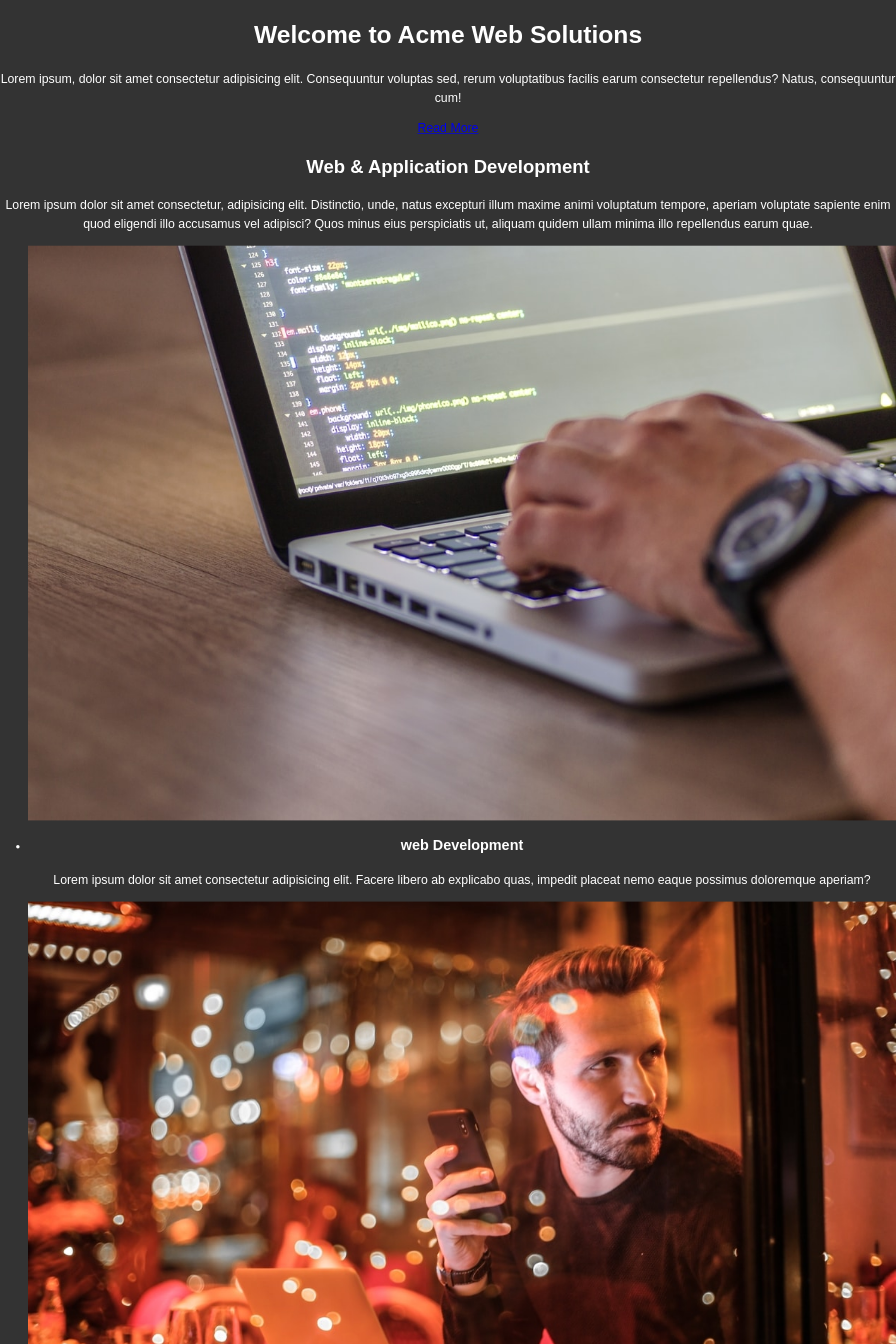
Repository: ErikBaer/MobileFirst
Page: index.html
These files come from the project's save history. The page is drawn as it stood at one moment and after the next save; the edit follows.
The browser window is 1280 px wide. The pictures show the part of the page from y = 0 to 1920 px (the page is 3620 px tall before and 3468 px after), at 70% of full size.

Above is the page before, as saved 2020-02-15 02:40:41.

### index.html
<!DOCTYPE html>
<html lang="en">
<head>
    <meta charset="UTF-8">
    <meta name="viewport" content="width=device-width, initial-scale=1.0">
    <link rel="stylesheet" type="text/css" href="style.css">
    <title>Acme Web Solutions</title>
</head>
<body>
    <!--Header Showcase -->
   <header id="showcase" class="grid">
    <div class="bg-image"></div>
    <h1>Welcome to Acme Web Solutions</h1>
    <p>Lorem ipsum, dolor sit amet consectetur adipisicing elit.
         Consequuntur voluptas sed, rerum voluptatibus facilis
         earum consectetur repellendus? Natus, consequuntur cum!
        </p>
    <a href="#section-b" class="btn">Read More</a>
</header>

<!-- Main Area -->

<main id="main">

    <!-- Section A -->

    <section id="section-a" class="grid">
        <div class="content-wrap">
            <h2 class="content-title">Web & Application Development</h2>
            <p>Lorem ipsum dolor sit amet consectetur, adipisicing elit.
                Distinctio, unde, natus excepturi illum maxime animi
                voluptatum tempore, aperiam voluptate sapiente enim quod
                 eligendi illo accusamus vel adipisci? Quos minus eius
                 perspiciatis ut, aliquam quidem ullam minima illo
                 repellendus earum quae.</p>
        </div>
    </section>

    <!-- Section B -->

    <section id="section-b" class="grid">
        <ul>
            <li>
                <div class="card">
                    <img src="./Assets/Coding-Person.jpg" alt="">
                    <div class="card-content">
                        <h3 class="card-title">web Development</h3>
                        <p>Lorem ipsum dolor sit amet consectetur
                            adipisicing elit. Facere libero ab explicabo
                            quas, impedit placeat nemo eaque possimus
                            doloremque aperiam?</p>
                    </div>
                </div>
            </li>
            <li>
                <div class="card">
                    <img src="./Assets/mobile-man.jpg" alt="">
                    <div class="card-content">
                        <h3 class="card-title">Mobile Applications</h3>
                        <p>Lorem ipsum dolor sit amet consectetur
                            adipisicing elit. Facere libero ab explicabo
                            quas, impedit placeat nemo eaque possimus
                            doloremque aperiam?</p>
                    </div>
                </div>
            </li>
            <li>
                <div class="card">
                    <img src="./Assets/Coding-Person.jpg" alt="">
                    <div class="card-content">
                        <h3 class="card-title">Tech Marketing</h3>
                        <p>Lorem ipsum dolor sit amet consectetur
                            adipisicing elit. Facere libero ab explicabo
                            quas, impedit placeat nemo eaque possimus
                            doloremque aperiam?</p>
                    </div>
                </div>
            </li>
        </ul>
    </section>

    <!-- Section C -->
    <section id="section-c" class="grid">
        <div class="content-wrap">
            <h2 class="content-title"> We handle all of your digital needs</h2>
            <p>Lorem, ipsum dolor sit amet consectetur adipisicing elit.
                Neque asperiores pariatur dolorem ipsum dicta recusandae
                 optio vel doloremque deserunt maiores?</p>
        </div>
    </section>

    <!-- Section D -->

    <section class="section-d grid">
        <div class="box">
            <h2 class="content-title">Contact Us</h2>
            <p>Lorem ipsum dolor sit, amet consectetur adipisicing elit.
                 Alias, totam quas ipsam doloremque dignissimos doloribus
                 laudantium aut provident dolore. Maxime!</p>
            <p>contact@acmewebsolutions.test</p>
        </div>
        <div class="box">
            <h2 class="content-title">About Our Company</h2>
            <p>Lorem ipsum dolor, sit amet consectetur adipisicing elit.
                Delectus ut placeat, nulla inventore laboriosam quisquam!
                Porro, asperiores libero molestiae a facilis et, ex magni
                 nostrum rem delectus quia ut? Vitae.</p>
        </div>
    </section>
</main>

<!-- Footer -->

<footer id="main-footer" class="grid">
    <div>Acme Web Solutins</div>
    <div>Project by <a href="www.baerdata.de" target="blank">Erik Baer</a></div>
</footer>

</body>
</html>

### style.css
body {
    margin: 0;
    font-family: Arial, Helvetica, sans-serif;
    background-color: #333;
    color: white;
    font-size:1.1em;
    line-height: 1.5;
    text-align: center;
}

img {
    display:block;
    width:100%;
    heigth: auto;
}

After the next save:
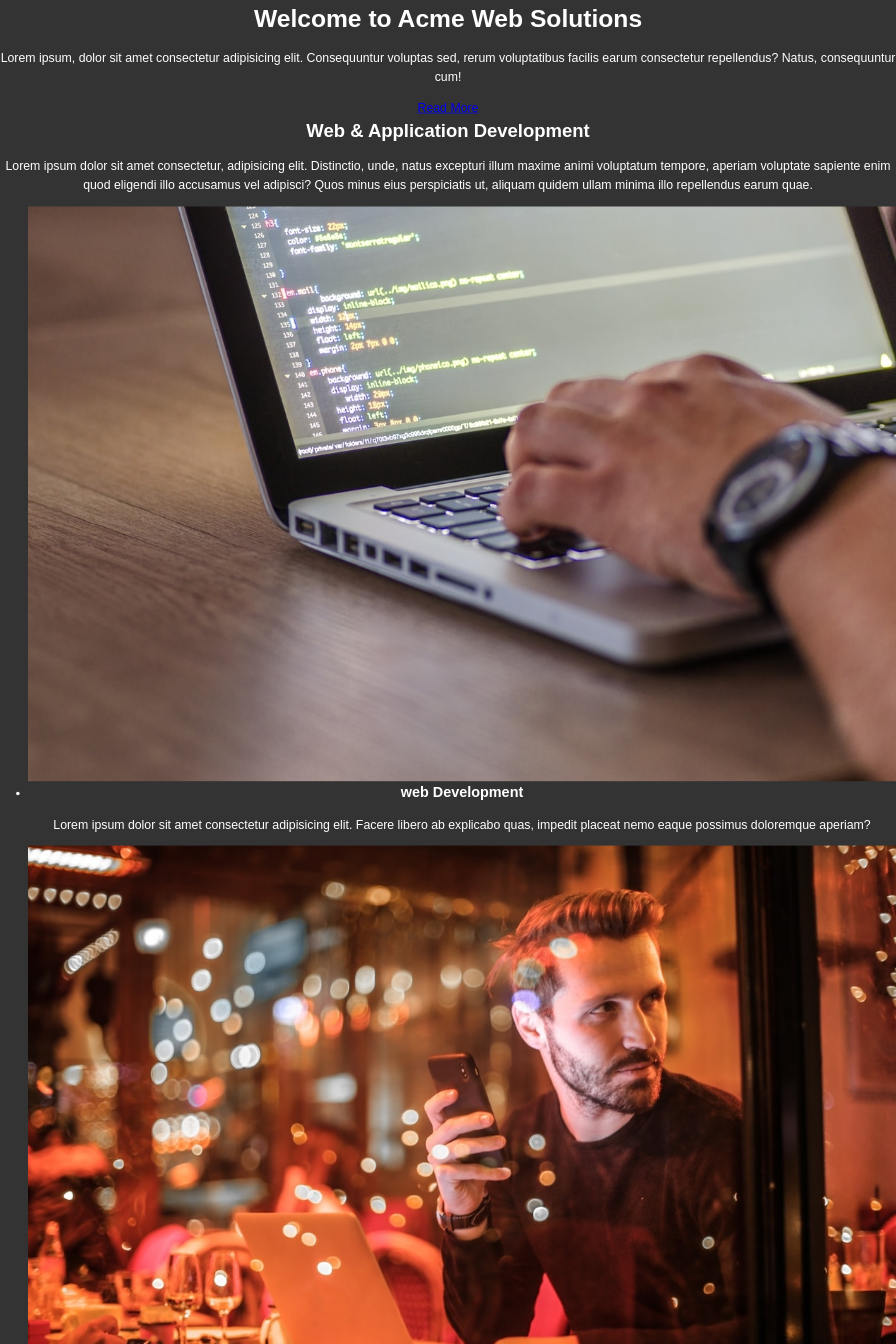
Saved 70 s later.
--- a/style.css
+++ b/style.css
@@ -11,5 +11,10 @@ body {
 img {
     display:block;
     width:100%;
-    heigth: auto;
+    height: auto;
 }
+
+h1, h2, h3 {
+    margin:0;
+    padding 1em 0;
+}
